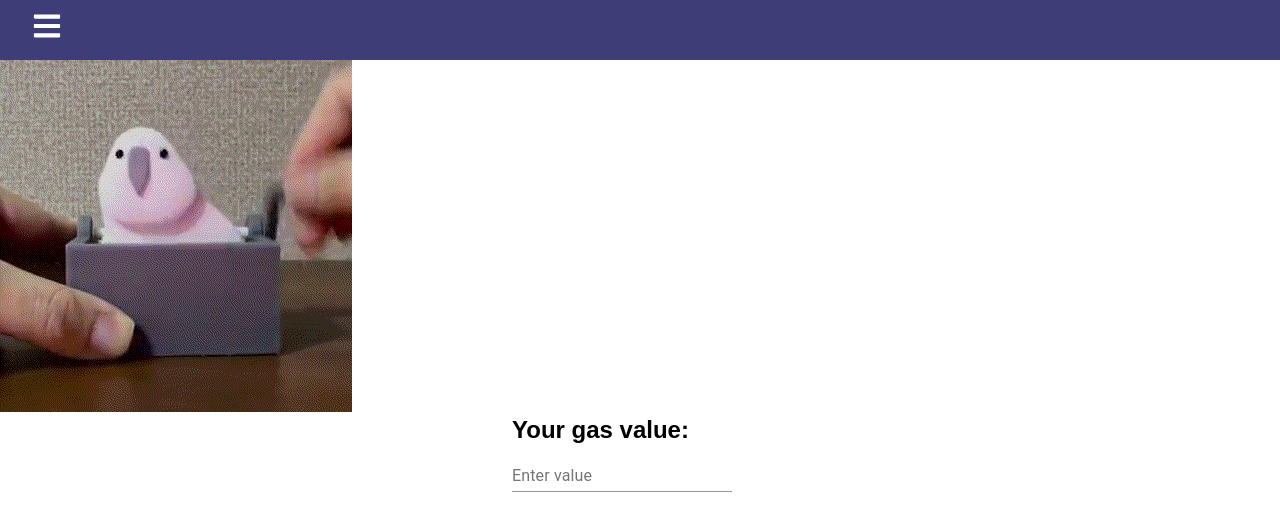
Repository: dcutalo/GasPal
Page: / (app in client/)
These files come from the project's save history. The page is drawn as it stood at one moment and after the next save; the edit follows.
The browser window is 1280 px wide. The pictures show the whole page.
Some web fonts or font styles are not loaded; a fallback is used. The project was rebuilt for these pictures with package versions that can differ from the ones it lists, and the page was loaded fresh each time. Also part of the build but not shown: client/src/pages/triphistory.js, client/src/pages/gasefficiencyreports.js, client/src/pages/userprofile.js.

Above is the page before, as saved 2021-10-07 21:08:25.

After the next save:
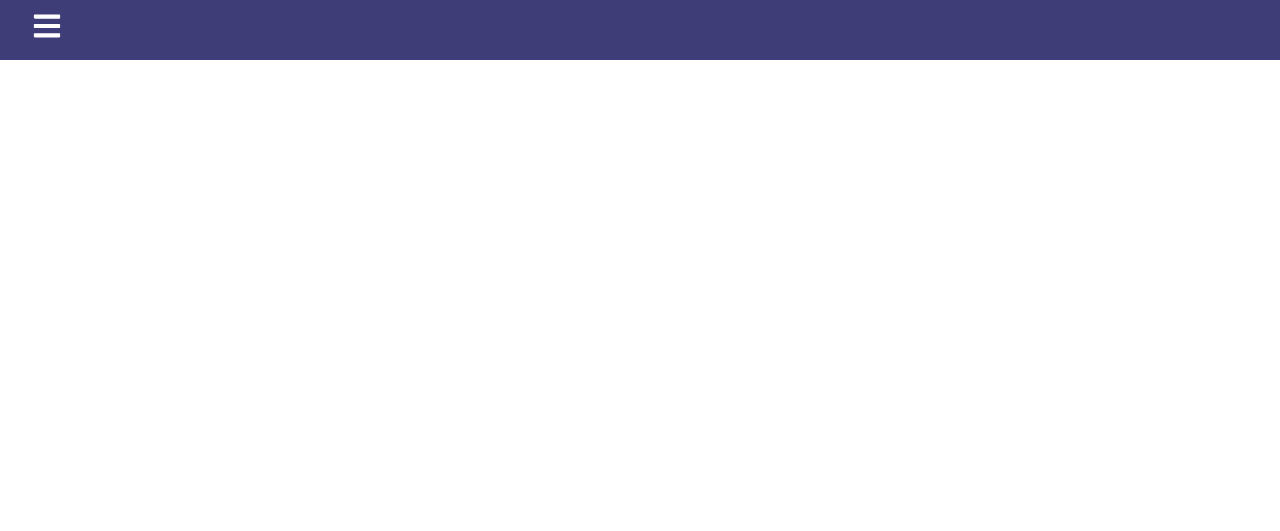
Saved 85 min 31 s later.
--- a/client/src/App.js
+++ b/client/src/App.js
@@ -13,7 +13,7 @@
     <Router>
       <Sidebar />
       <Switch>
-        <Route path = '/' exact component={Home}/>
+        <Route path = '/home' exact component={Home}/>
         <Route path = '/triphistory' component={TripHistory}/>
         <Route path = '/gasefficiencyreports' component={Reports}/>
         <Route path = '/userprofile' component={UserProfile}/>

After the 2 saves that followed:
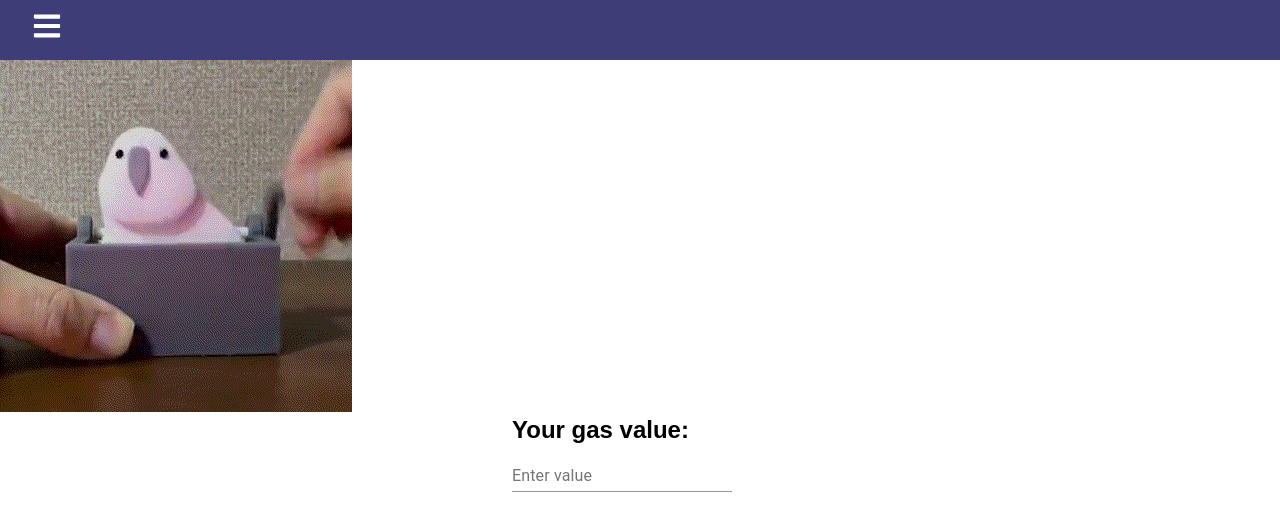
The 2 saves are shown as one change because 1 left the picture as it was.
The last was saved 39 s later.
--- a/client/src/App.js
+++ b/client/src/App.js
@@ -13,7 +13,7 @@
     <Router>
       <Sidebar />
       <Switch>
-        <Route path = '/home' exact component={Home}/>
+        <Route path = '/' exact component={Home}/>
         <Route path = '/triphistory' component={TripHistory}/>
         <Route path = '/gasefficiencyreports' component={Reports}/>
         <Route path = '/userprofile' component={UserProfile}/>
